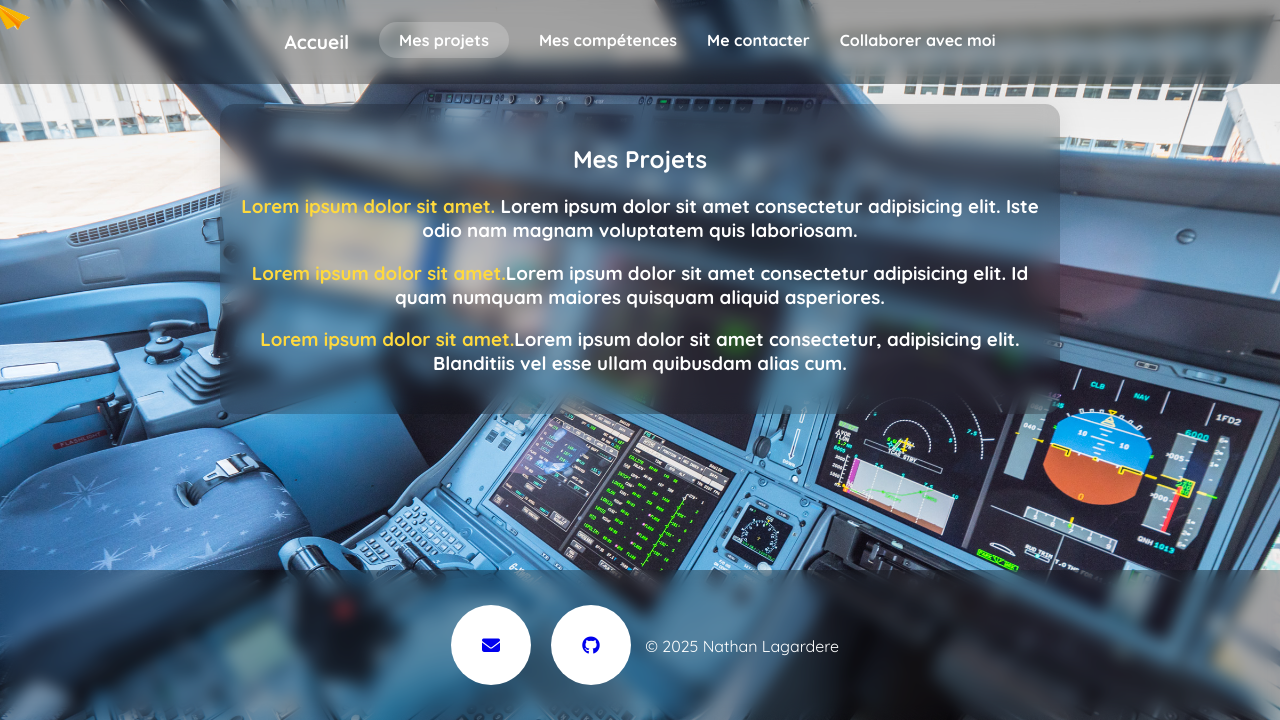
Repository: nlagardere/myportfolio
Page: projects.html
The author's editor kept a copy of each file at every save. The page is drawn from the files as they stood at one save, then again after the next save.
The browser window is 1280 px wide. The pictures show the whole page.

Above is the page before, as saved 2025-09-07 11:57:34.

After the next save:
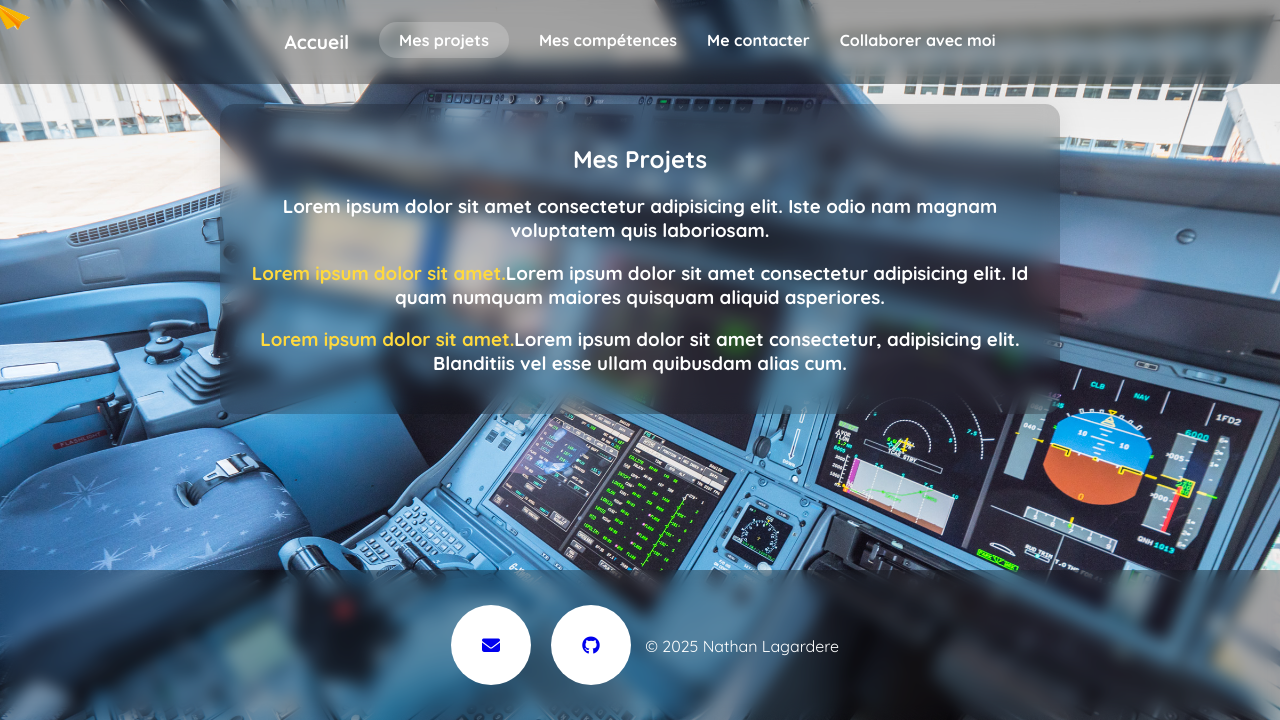
Saved 2 min 30 s later.
--- a/projects.html
+++ b/projects.html
@@ -235,7 +235,7 @@
  <div calss="projects">
     <div class="glasscard">
       <h2>Mes Projets</h2>
-      <h3><span class="highlight">Lorem ipsum dolor sit amet.</span> Lorem ipsum dolor sit amet consectetur adipisicing elit. Iste odio nam magnam voluptatem quis laboriosam.</h3>
+      <h3><span class="highlight"></span> Lorem ipsum dolor sit amet consectetur adipisicing elit. Iste odio nam magnam voluptatem quis laboriosam.</h3>
       <h3><span class="highlight">Lorem ipsum dolor sit amet.</span>Lorem ipsum dolor sit amet consectetur adipisicing elit. Id quam numquam maiores quisquam aliquid asperiores.</h3>
       <h3><span class="highlight">Lorem ipsum dolor sit amet.</span>Lorem ipsum dolor sit amet consectetur, adipisicing elit. Blanditiis vel esse ullam quibusdam alias cum.</h3>
     </div>
